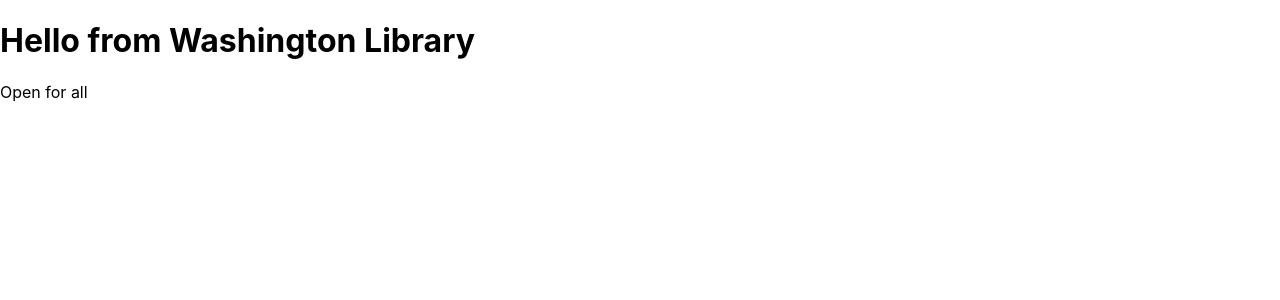
Repository: CaptainStorm21/intro-react-hooks
Page: /
The author's editor kept a copy of each file at every save. The page is drawn from the files as they stood at one save, then again after a run of saves.
The browser window is 1280 px wide. The pictures show the whole page.
The project was rebuilt for these pictures with package versions that can differ from the ones it lists, and the page was loaded fresh each time.

Above is the page before, as saved 2020-05-24 22:07:25.

After the next 4 saves:
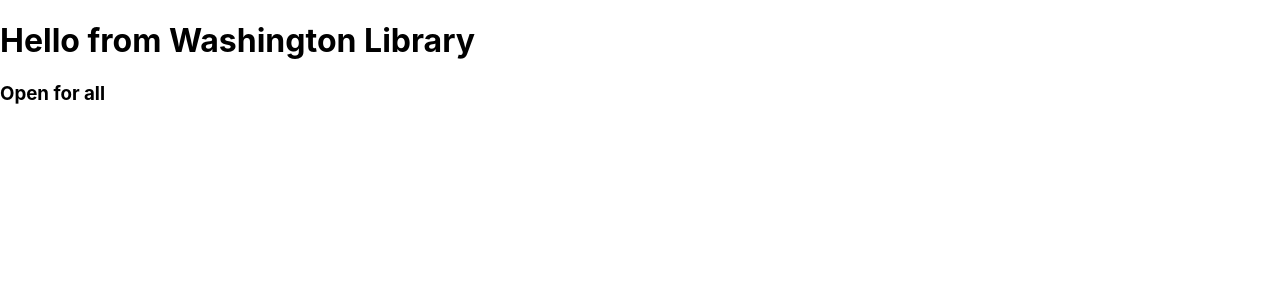
The 4 saves are shown as one change because they came seconds apart.
The last was saved 15 s later.
--- a/src/index.js
+++ b/src/index.js
@@ -9,7 +9,7 @@ function Hello(props) {
   return (
     <div>
       <h1>Hello from {props.library}</h1>
-      <p>{props.message}</p>
+      <h3>{props.message}</h3>
     </div>
   )
 }
